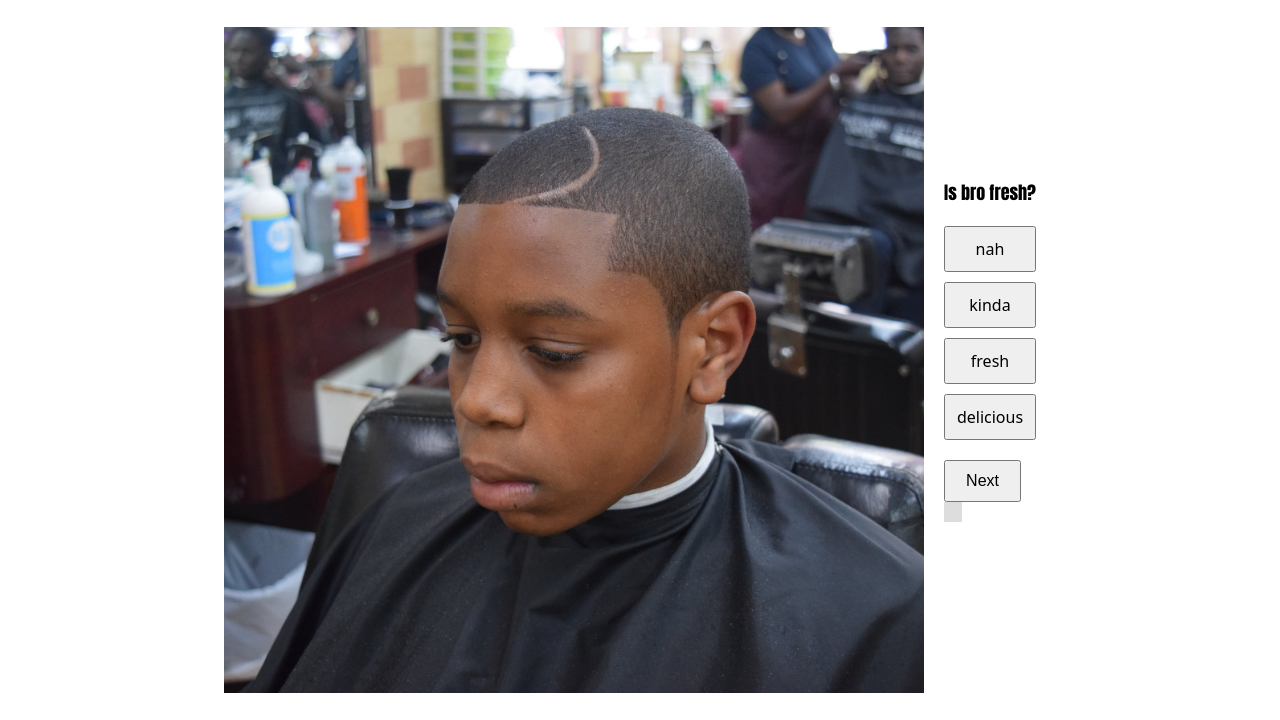
Repository: anderscederberg11/unhandledRuntimeError.json
Page: Henver/henver2.html
An editor plug-in stored every save of this project. The page is shown before and after the next save, followed by the edit.
The browser window is 1280 px wide. The pictures show the whole page.

Above is the page before, as saved 2024-05-24 18:32:29.

After the next save:
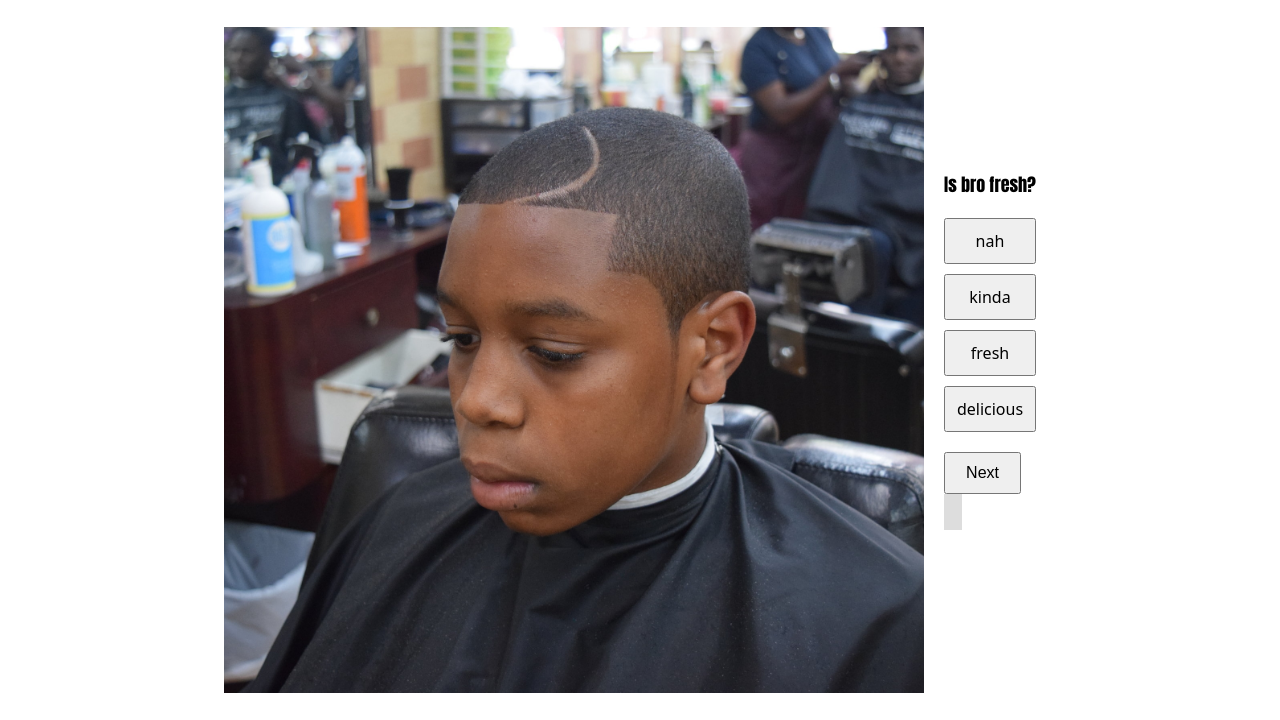
Saved 21 s later.
--- a/Henver/henver2.css
+++ b/Henver/henver2.css
@@ -50,6 +50,7 @@
 }
 
 #progress {
+    padding-top: 1rem;
     background-color: #ddd;
     height: 20px;
     margin-bottom: 20px;

After the save that followed:
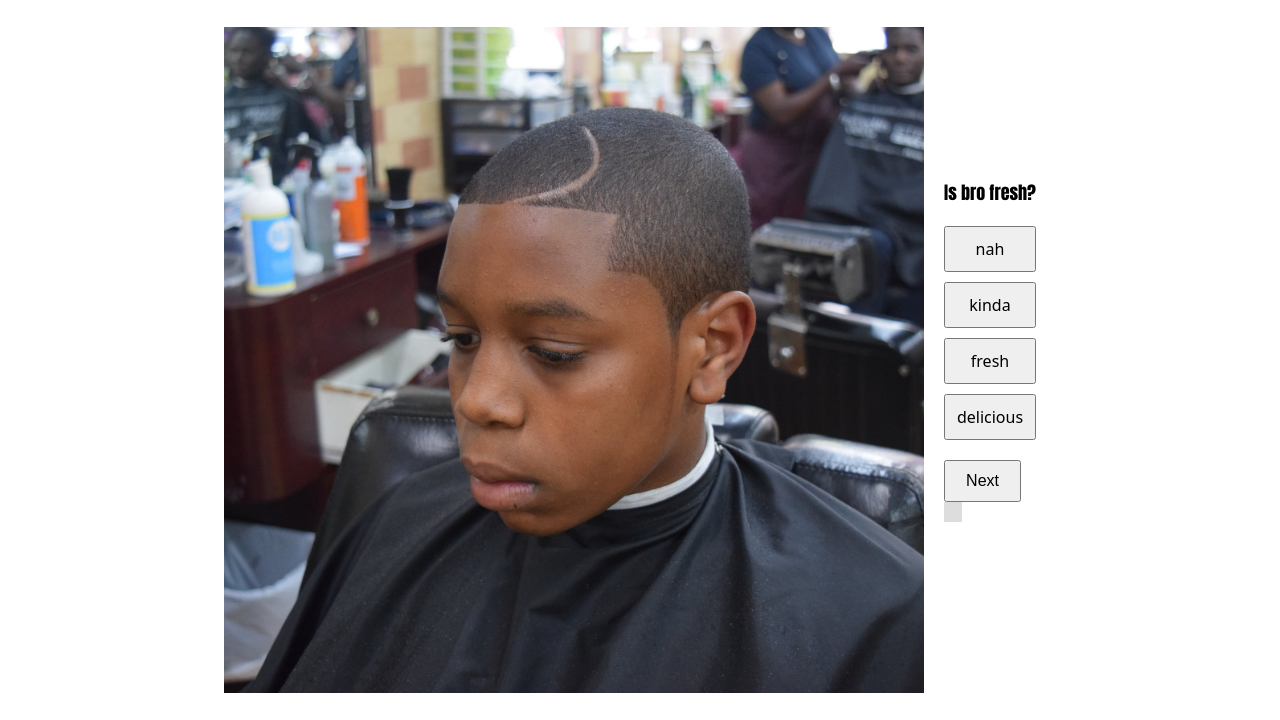
Saved 4 s later.
--- a/Henver/henver2.css
+++ b/Henver/henver2.css
@@ -50,7 +50,7 @@
 }
 
 #progress {
-    padding-top: 1rem;
+    padding-top: ;
     background-color: #ddd;
     height: 20px;
     margin-bottom: 20px;
